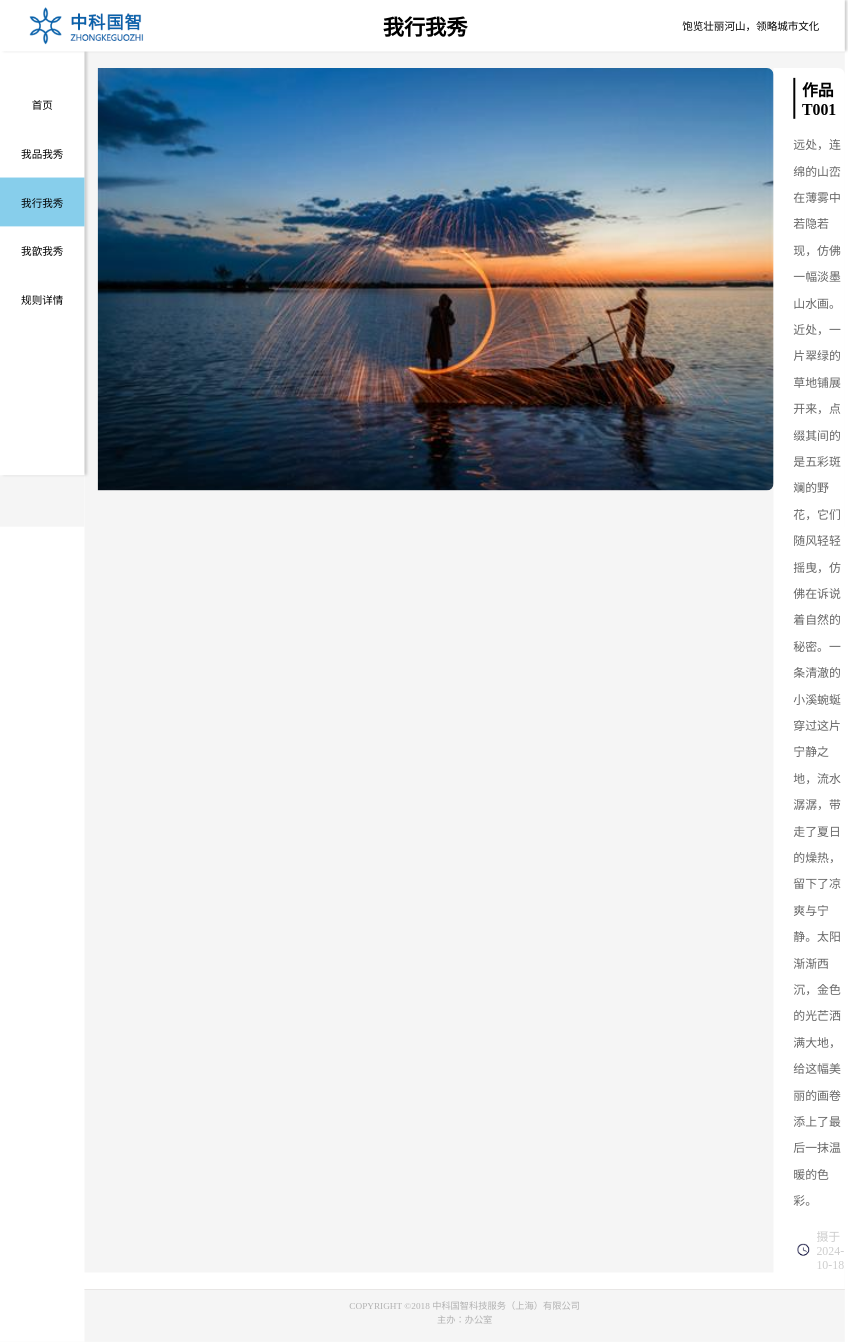
Repository: Scott-9499/zkgzsyds
Page: photo/photo001.html
These files come from the project's save history. The page is drawn as it stood at one moment and after the next save; the edit follows.
The browser window is 1280 px wide. The page is 1280 px wide, then 1285 px, so the pictures cover 1285 px, including what lies to the right of the window. The pictures show the whole page, at 66% of full size.

Above is the page before, as saved 2024-11-25 09:05:30.

After the next save:
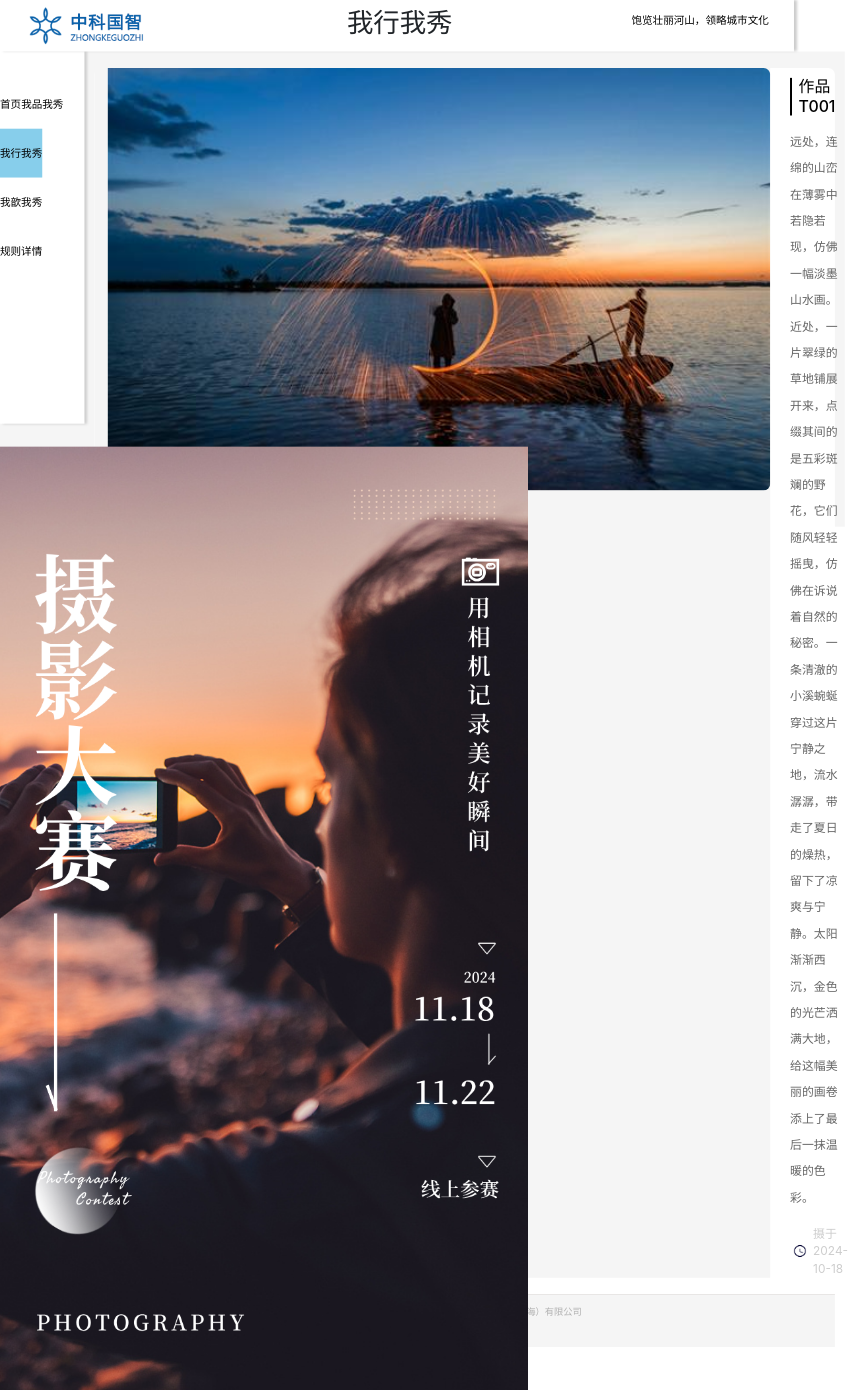
Saved 5 min 1 s later.
--- a/photo/photo001.html
+++ b/photo/photo001.html
@@ -1,55 +1,67 @@
-<!DOCTYPE html>
 <html>
-    <head>
-        <meta charset="utf-8">
-        <title>作品T001</title>
-        <link rel="stylesheet" href="../css/style-ph.css">
-    </head>
-    <body>
-        <div class="page">
-            <div class="page-top">
-                <img src="../image/logo.png" alt="">
-                <h1>
-                    我行我秀
-                </h1>
-                <p>饱览壮丽河山，领略城市文化</p>
-            </div>
-            <div class="page-con">
-                <div class="pc-nav">
+
+<head>
+    <meta charset="utf-8">
+    <title>作品T001</title>
+    <link rel="stylesheet" href="https://stackpath.bootstrapcdn.com/bootstrap/4.5.2/css/bootstrap.min.css">
+    <link rel="stylesheet" href="../css/style-ph.css">
+    <link rel="stylesheet" href="../flip/flip.min.css">
+</head>
+
+<div class="page">
+    <!-- 顶部 -->
+    <div class="page-top">
+        <img src="../image/logo.png" alt="">
+        <h1>我行我秀</h1>
+        <p>饱览壮丽河山，领略城市文化</p>
+    </div>
+    <!-- 内容区 -->
+    <div class="page-con">
+        <div class="container-fluid">
+            <div class="row no-gutters">
+                <!-- 导航栏 -->
+                <div class="col-lg-2 col-md-3 col-sm-4 pc-nav">
                     <div class="nav">
-                    <a href="../index.html">首页</a>
-                    <a href="../other/food.html">我品我秀</a>
-                    <a href="../other/travel.html" class="active">我行我秀</a>
-                    <a href="../other/season.html">我歆我秀</a>
-                    <a href="../other/rules.html">规则详情</a>
+                        <a href="../demo/index.html" title="返回首页">首页</a>
+                        <a href="./food.html">我品我秀</a>
+                        <a href="./travel.html" class="active">我行我秀</a>
+                        <a href="./season.html">我歆我秀</a>
+                        <a href="./rules.html">规则详情</a>
+                    </div>
+                    <img src="../image/right-poster.png" class="right-img">
+                    <div class="QRcode">
+                        <img src="../image/QRCode.png" alt="">
+                        <p>扫一扫进入投票问卷</p>
                     </div>
                 </div>
                 <div class="pc-box">
                     <div class="ph">
-                            <div class="travel-box-list">
-                                <div class="travel-img">
-                                    <img src="../image/zp1.jpg" alt="">
-                                </div>
-                                <div class="travel-text">
-                                    <h3>作品T001</h3>
-                                    <p>远处，连绵的山峦在薄雾中若隐若现，仿佛一幅淡墨山水画。近处，一片翠绿的草地铺展开来，点缀其间的是五彩斑斓的野花，它们随风轻轻摇曳，仿佛在诉说着自然的秘密。一条清澈的小溪蜿蜒穿过这片宁静之地，流水潺潺，带走了夏日的燥热，留下了凉爽与宁静。太阳渐渐西沉，金色的光芒洒满大地，给这幅美丽的画卷添上了最后一抹温暖的色彩。</p>
-                                    <span>
-                                        <img src="../image/timeicon.jpeg" alt="">
-                                        摄于2024-10-18
-                                    </span>
-                                </div>
+                        <div class="travel-box-list">
+                            <div class="travel-img">
+                                <img src="../image/zp1.jpg" alt="">
                             </div>
+                            <div class="travel-text">
+                                <h3>作品T001</h3>
+                                <p>远处，连绵的山峦在薄雾中若隐若现，仿佛一幅淡墨山水画。近处，一片翠绿的草地铺展开来，点缀其间的是五彩斑斓的野花，它们随风轻轻摇曳，仿佛在诉说着自然的秘密。一条清澈的小溪蜿蜒穿过这片宁静之地，流水潺潺，带走了夏日的燥热，留下了凉爽与宁静。太阳渐渐西沉，金色的光芒洒满大地，给这幅美丽的画卷添上了最后一抹温暖的色彩。
+                                </p>
+                                <span>
+                                    <img src="../image/timeicon.jpeg" alt="">
+                                    摄于2024-10-18
+                                </span>
+                            </div>
+                        </div>
                     </div>
                     <div class="footer">
                         <div class="copyright">
                             <p>
-                            COPYRIGHT ©2018 中科国智科技服务（上海）有限公司</br>
-                            主办：办公室
+                                COPYRIGHT ©2018 中科国智科技服务（上海）有限公司</br>
+                                主办：办公室
                             </p>
                         </div>
                     </div>
                 </div>
             </div>
         </div>
-    </body>
+        </body>
+
 </html>
